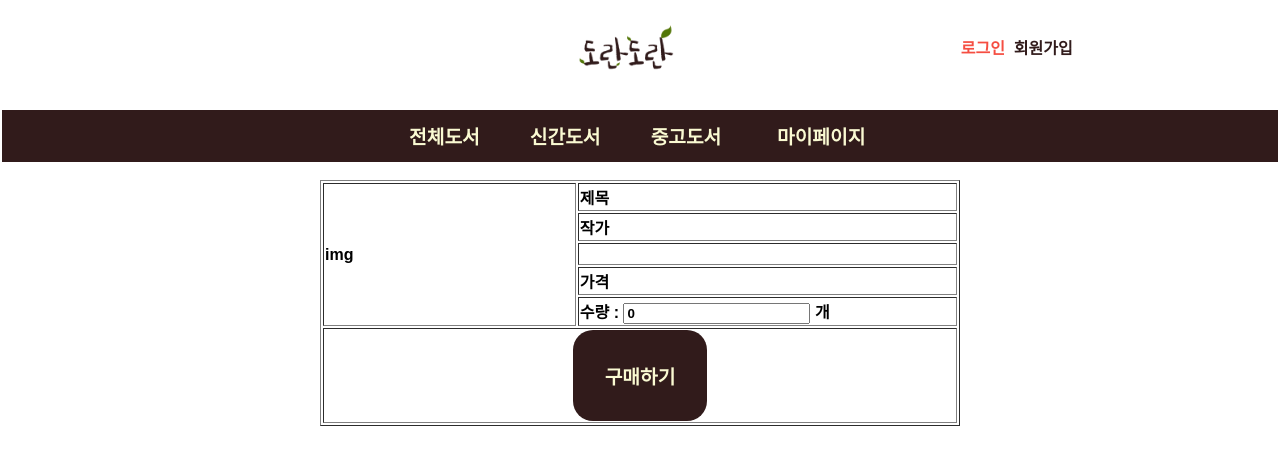
Repository: juhyun110701/DORANDORAN
Page: http://localhost/dorandoran/
These files come from the project's save history. The page is drawn as it stood at one moment and after the next save; the edit follows.
The browser window is 1280 px wide. The pictures show the whole page.
Some web fonts or font styles are not loaded; a fallback is used. The page is served by Tomcat 9.

Above is the page before, as saved 2019-07-31 12:14:33.

After the next save:
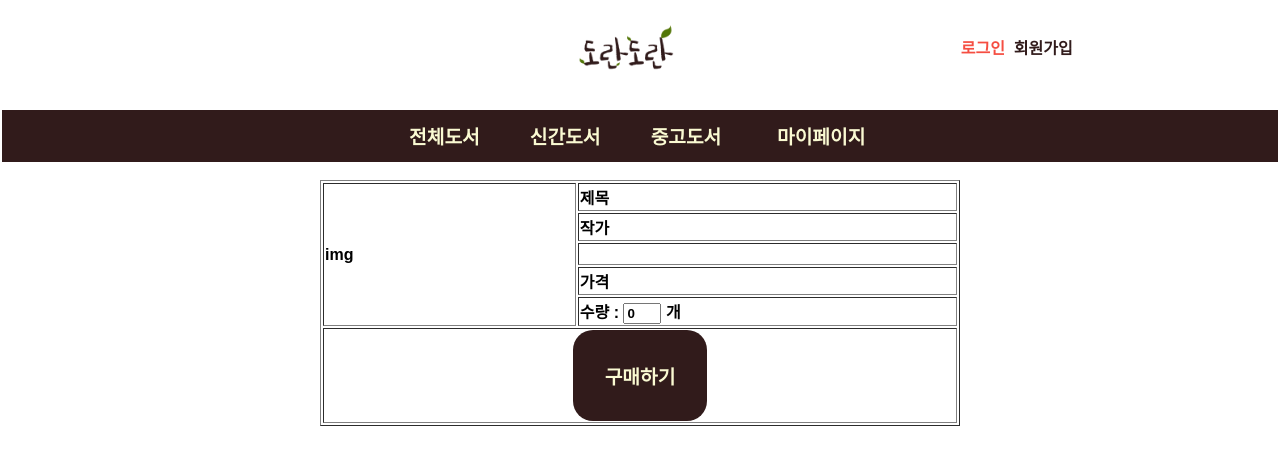
Saved 52 s later.
--- a/dorandoran/WebContent/index.jsp
+++ b/dorandoran/WebContent/index.jsp
@@ -31,7 +31,7 @@
 	</tr>
 	<tr>
 		<td>
-			수량 : <input type="number" name="amount" value=0 width="50px"> 개
+			수량 : <input type="number" name="amount" value=0 style="width:30px;"> 개
 		</td>
 	</tr>
 	<tr>
